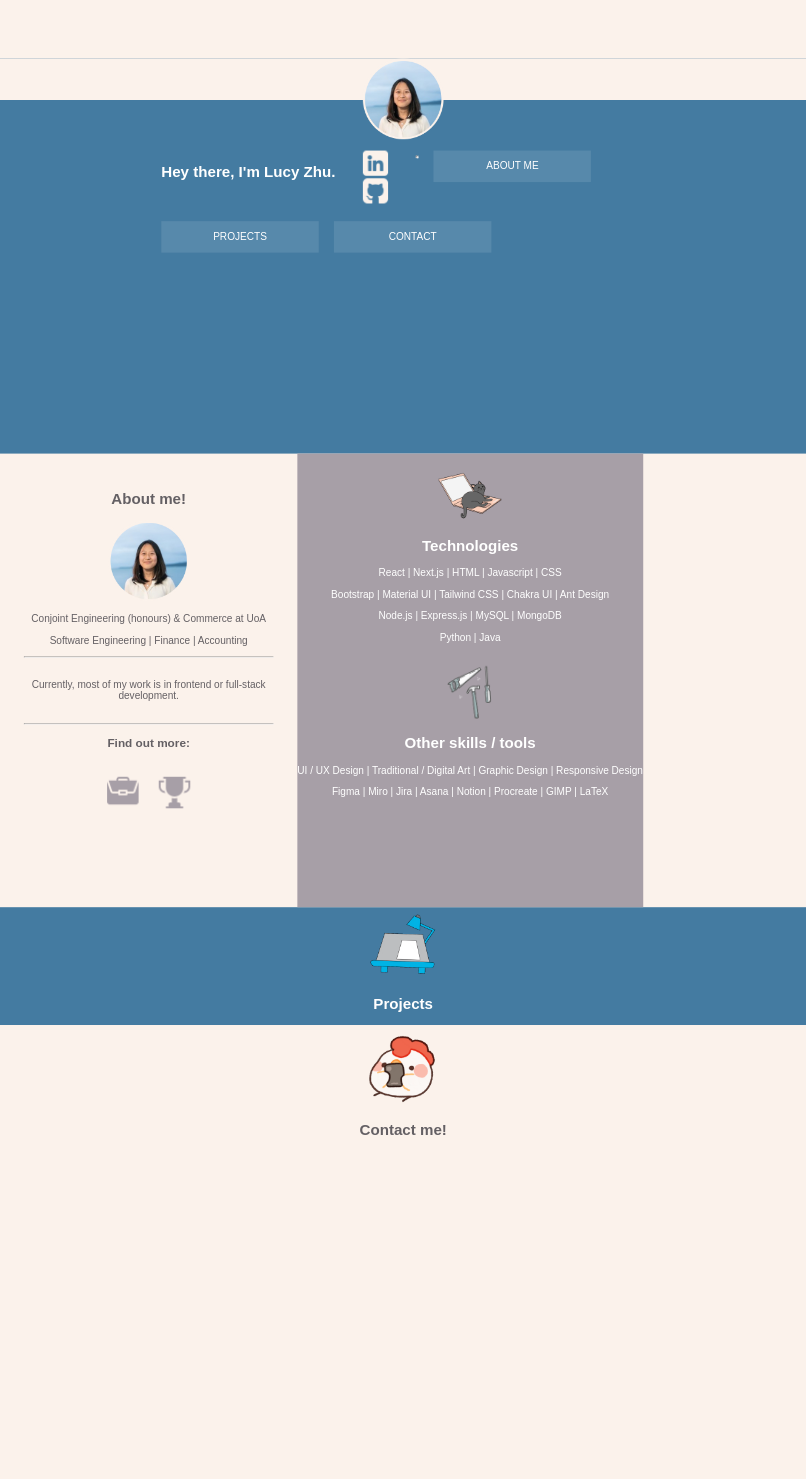
Repository: lukisoo/lukisoo-portfolio
Page: /
An editor plug-in stored every save of this project. The page is shown before and after the next save, followed by the edit.
The browser window is 1280 px wide. The pictures show the whole page, at 63% of full size.
The project was rebuilt for these pictures with package versions that can differ from the ones it lists, and the page was loaded fresh each time.

Above is the page before, as saved 2022-07-31 17:10:53.

After the next save:
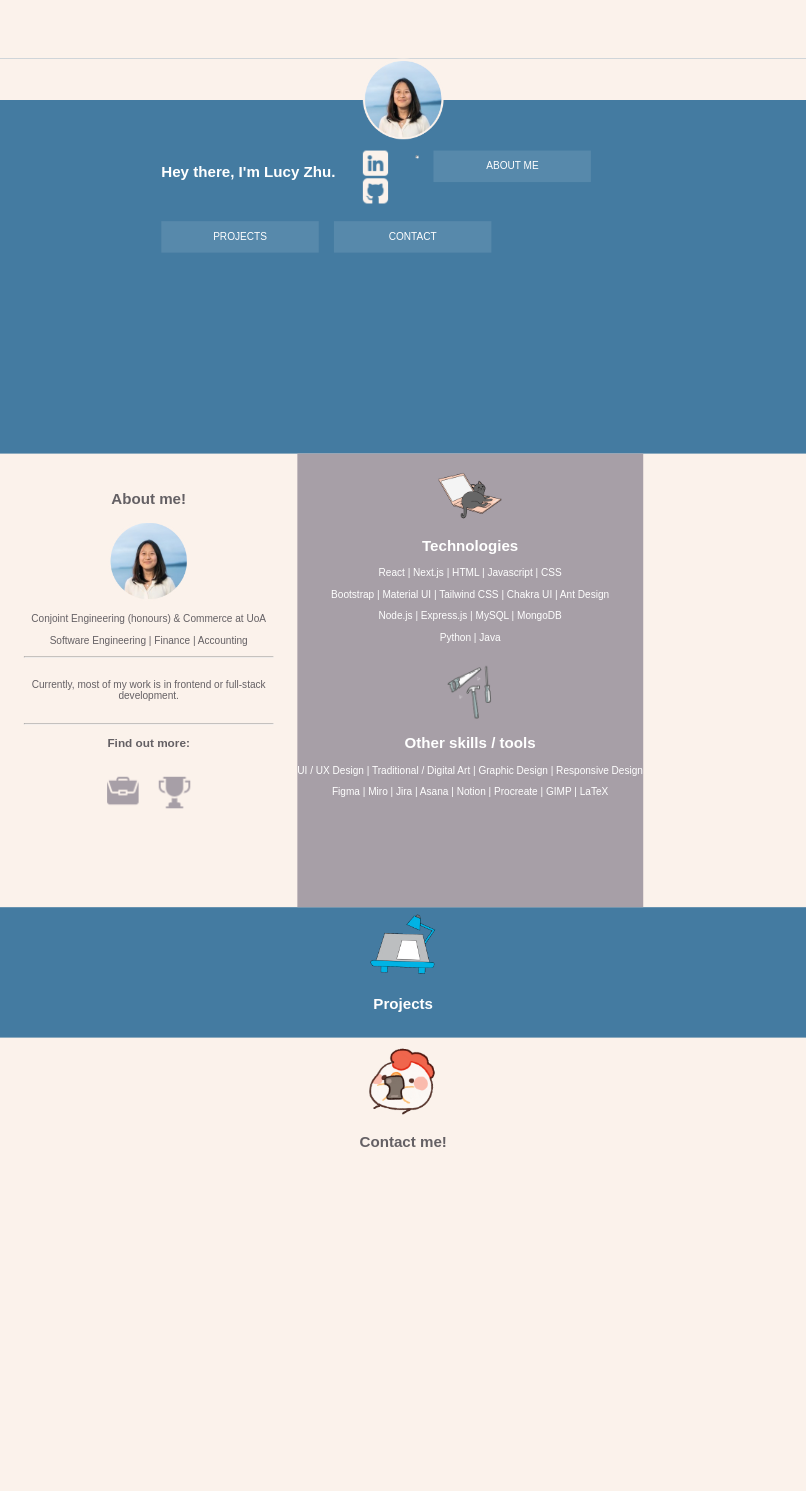
Saved 25 s later.
--- a/src/App.js
+++ b/src/App.js
@@ -198,7 +198,7 @@ function App() {
           <h1>Projects</h1>
           <Grid container spacing={2}>
             {ProjectsData.map((Project, i) => (
-              <Grid item xs={6} md={12}></Grid>
+              <Grid item xs={6} md={12}><h1>{Projects.title}</h1></Grid>
             ))}
           </Grid>
         </div>
